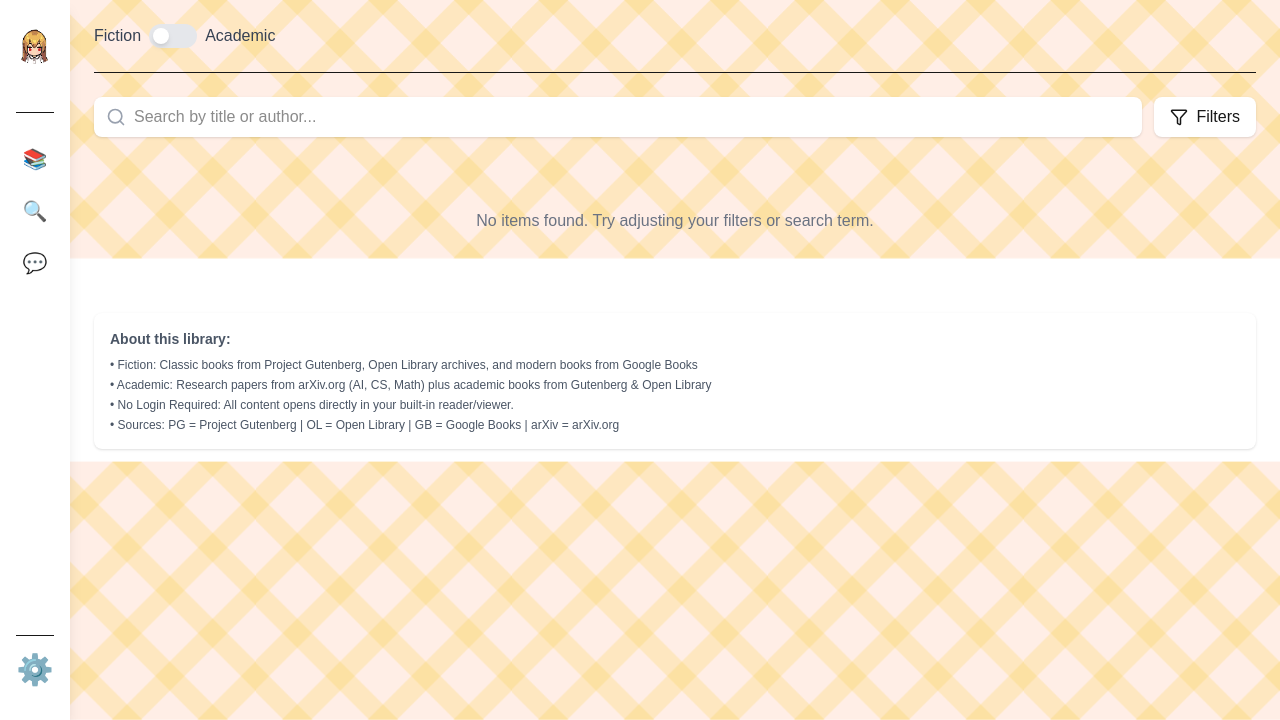
Repository: ramosfranz/bookie
Page: /discover
These files come from the project's save history. The page is drawn as it stood at one moment and after the next save; the edit follows.
The browser window is 1280 px wide. The pictures show the whole page.
The page's requests for data from a server got no answer. Some web fonts or font styles are not loaded; a fallback is used. The project was rebuilt for these pictures with package versions that can differ from the ones it lists, and the page was loaded fresh each time. The framework's server and built-in components were replaced by stand-ins that run in the browser. No one was signed in, and anything a server would have sent is missing. Also part of the build but not shown: next.config.ts.

Above is the page before, as saved 2025-12-06 07:49:19.

### src/app/layout.tsx
import type { Metadata } from "next";
import "./globals.css";
import Head from "next/head";

export const metadata: Metadata = {
  title: "Bookie",
  description: "Bookie",
};

export default function RootLayout({
  children,
}: Readonly<{ children: React.ReactNode }>) {
  return (
    <html lang="en">
      <Head>
        <link rel="preconnect" href="https://fonts.googleapis.com" />
        <link rel="preconnect" href="https://fonts.gstatic.com" crossOrigin="anonymous" />
        <link href="https://fonts.googleapis.com/css2?family=Jersey+25&display=swap" rel="stylesheet" />

      </Head>
      <body className="font-jersey antialiased">{children}</body>
    </html>
  );
}

### src/app/discover/page.tsx
"use client";

import { useState, useMemo, useEffect } from "react";
import { BookOpen, Search, X, Filter, FileText, Plus } from "lucide-react";
import Sidebar from "../components/Sidebar";
import { addBookToLibrary, isBookInLibrary } from "@/lib/supabase/library";
import { supabase } from "@/lib/supabase/client";
import '../styles/background.css';

// --- TYPESCRIPT DECLARATIONS FOR GOOGLE BOOKS API ---
declare global {
  interface Window {
    google?: {
      books: {
        load: () => void;
        setOnLoadCallback: (callback: () => void) => void;
        DefaultViewer: new (element: HTMLElement) => {
          load: (identifier: string) => void;
        };
      };
    };
  }
}

interface Book {
  id: string;
  title: string;
  author?: string;
  cover?: string;
  year?: number;
  type: "leisure" | "research";
  subjects?: string[];
  formats?: { [key: string]: string };
  source: "gutendex" | "openlibrary" | "googlebooks" | "arxiv";
  googleBooksId?: string;
  pdfUrl?: string;
  abstract?: string;
}

const FICTION_GENRES = [
  "All",
  "Adventure",
  "Romance",
  "Mystery",
  "Science Fiction",
  "Fantasy",
  "Horror",
  "Historical Fiction",
  "Thriller",
  "Classic Literature"
];

const ACADEMIC_SUBJECTS = [
  "All",
  "Computer Science",
  "Mathematics",
  "Physics",
  "Engineering",
  "Biology",
  "Chemistry",
  "Psychology",
  "Philosophy",
  "History"
];

export default function DiscoverPage() {
  const dummyUser = { id: "0001", email: "test@example.com", username: "TestUser" };
  const [user] = useState(dummyUser);

  const [activeTab, setActiveTab] = useState<"dashboard" | "discover" | "chat">("discover");
  const [libraryTab, setLibraryTab] = useState<"leisure" | "research">("leisure");

  const [searchQuery, setSearchQuery] = useState("");
  const [books, setBooks] = useState<Book[]>([]);
  const [loading, setLoading] = useState(false);

  const [selectedGenre, setSelectedGenre] = useState<string>("All");
  const [showFilters, setShowFilters] = useState(false);

  const [viewerUrl, setViewerUrl] = useState<string | null>(null);
  const [viewerTitle, setViewerTitle] = useState<string>("");
  const [viewerType, setViewerType] = useState<"iframe" | "google">("iframe");

  const itemsPerPage = 18;
  const [currentPage, setCurrentPage] = useState(1);

  // --- API FETCH LOGIC ---
  useEffect(() => {
    setLoading(true);
    setCurrentPage(1);
    setBooks([]);

    const fetchPromises: Promise<Book[]>[] = [];

    if (libraryTab === "leisure") {
      // Gutendex
      fetchPromises.push(
        fetch(`https://gutendex.com/books?topic=fiction&languages=en`)
          .then((res) => res.json())
          .then((data) => (data.results || []).slice(0, 100).map((book: any) => ({
            id: `gutendex-${book.id}`,
            title: book.title,
            author: book.authors?.[0]?.name,
            cover: book.formats?.["image/jpeg"]?.replace('http:', 'https:'),
            year: book.authors?.[0]?.birth_year,
            type: "leisure" as const,
            subjects: book.subjects || [],
            formats: book.formats,
            source: "gutendex" as const,
          })))
          .catch(() => [])
      );

      // Open Library
      fetchPromises.push(
        fetch(`https://openlibrary.org/search.json?q=subject:fiction&has_fulltext=true&limit=100`)
          .then((res) => res.json())
          .then((data) => (data.docs || []).map((doc: any) => ({
            id: `openlibrary-${doc.key}`,
            title: doc.title,
            author: doc.author_name?.[0],
            cover: doc.cover_i ? `https://covers.openlibrary.org/b/id/${doc.cover_i}-M.jpg` : undefined,
            year: doc.first_publish_year,
            type: "leisure" as const,
            subjects: doc.subject || [],
            formats: { ia: doc.ia?.[0] },
            source: "openlibrary" as const,
          })).filter((book: Book) => book.formats?.ia))
          .catch(() => [])
      );

      // Google Books
      fetchPromises.push(
        fetch(`https://www.googleapis.com/books/v1/volumes?q=fiction&maxResults=40&langRestrict=en&printType=books&filter=partial`)
          .then((res) => res.json())
          .then((data) => (data.items || []).map((item: any) => ({
            id: `googlebooks-${item.id}`,
            title: item.volumeInfo.title,
            author: item.volumeInfo.authors?.[0],
            cover: item.volumeInfo.imageLinks?.thumbnail?.replace('http:', 'https:'),
            year: parseInt(item.volumeInfo.publishedDate?.split("-")[0]) || undefined,
            type: "leisure" as const,
            subjects: item.volumeInfo.categories || [],
            formats: {},
            source: "googlebooks" as const,
            googleBooksId: item.id,
          })).filter((book: Book) => book.googleBooksId))
          .catch((err) => { console.error("Google Books error:", err); return []; })
      );
    } else {
      // Research/Academic sources
      const topics = ["computer", "mathematics", "physics", "science"];
      topics.forEach(topic => {
        fetchPromises.push(
          fetch(`https://gutendex.com/books?topic=${topic}&languages=en`)
            .then((res) => res.json())
            .then((data) => (data.results || []).slice(0, 25).map((book: any) => ({
              id: `gutendex-${book.id}`,
              title: book.title,
              author: book.authors?.[0]?.name,
              cover: book.formats?.["image/jpeg"]?.replace('http:', 'https:'),
              year: book.authors?.[0]?.birth_year,
              type: "research" as const,
              subjects: book.subjects || [],
              formats: book.formats,
              source: "gutendex" as const,
            })))
            .catch(() => [])
        );
      });

      fetchPromises.push(
        fetch(`https://openlibrary.org/search.json?q=subject:(computer+science+OR+mathematics+OR+physics+OR+engineering)&has_fulltext=true&limit=50`)
          .then((res) => res.json())
          .then((data) => (data.docs || []).map((doc: any) => ({
            id: `openlibrary-${doc.key}`,
            title: doc.title,
            author: doc.author_name?.[0],
            cover: doc.cover_i ? `https://covers.openlibrary.org/b/id/${doc.cover_i}-M.jpg` : undefined,
            year: doc.first_publish_year,
            type: "research" as const,
            subjects: doc.subject || [],
            formats: { ia: doc.ia?.[0] },
            source: "openlibrary" as const,
          })).filter((book: Book) => book.formats?.ia))
          .catch(() => [])
      );

      fetchPromises.push(
        fetch(`https://export.arxiv.org/api/query?search_query=cat:cs.*+OR+cat:math.*+OR+cat:astro-ph.*&start=0&max_results=100&sortBy=submittedDate&sortOrder=descending`)
          .then((res) => res.text())
          .then((xmlText) => {
            const parser = new DOMParser();
            const xml = parser.parseFromString(xmlText, "text/xml");
            const entries = xml.querySelectorAll("entry");

            return Array.from(entries).map((entry) => {
              const id = entry.querySelector("id")?.textContent || "";
              const arxivId = id.split("arxiv.org/abs/")[1] || "";
              const title = entry.querySelector("title")?.textContent?.trim().replace(/\s+/g, ' ') || "";
              const authors = Array.from(entry.querySelectorAll("author name")).map((name) => name.textContent);
              const published = entry.querySelector("published")?.textContent || "";
              const year = new Date(published).getFullYear();
              const summary = entry.querySelector("summary")?.textContent?.trim().replace(/\s+/g, ' ') || "";
              const pdfLink = `https://arxiv.org/pdf/${arxivId}.pdf`;
              const categories = Array.from(entry.querySelectorAll("category")).map((cat) => cat.getAttribute("term") || "");

              return {
                id: `arxiv-${arxivId}`,
                title,
                author: authors[0] || "Unknown",
                cover: undefined,
                year,
                type: "research" as const,
                subjects: categories,
                formats: {},
                source: "arxiv" as const,
                pdfUrl: pdfLink,
                abstract: summary.substring(0, 200) + "...",
              };
            }).filter(paper => paper.title && paper.id);
          })
          .catch((err) => { console.error("arXiv error:", err); return []; })
      );
    }

    Promise.all(fetchPromises)
      .then((results) => {
        const allBooks = results.flat();
        const uniqueBooks = allBooks.filter((book, index, self) =>
          index === self.findIndex((b) => b.title.toLowerCase() === book.title.toLowerCase())
        );
        setBooks(uniqueBooks);
      })
      .finally(() => setLoading(false));
  }, [libraryTab]);

  // --- FILTERING AND PAGINATION ---
  const filteredBooks = useMemo(() => {
    return books.filter((book) => {
      const matchesSearch = book.title.toLowerCase().includes(searchQuery.toLowerCase()) ||
                            book.author?.toLowerCase().includes(searchQuery.toLowerCase());
      const matchesGenre = selectedGenre === "All" ||
                           book.subjects?.some((subject) => subject.toLowerCase().includes(selectedGenre.toLowerCase()));
      return matchesSearch && matchesGenre;
    });
  }, [books, searchQuery, selectedGenre]);

  const paginatedBooks = useMemo(() => {
    const start = (currentPage - 1) * itemsPerPage;
    return filteredBooks.slice(start, start + itemsPerPage);
  }, [filteredBooks, currentPage]);

  const totalPages = Math.ceil(filteredBooks.length / itemsPerPage);

  // --- GOOGLE BOOKS VIEWER SCRIPT ---
  useEffect(() => {
    const script = document.createElement('script');
    script.src = 'https://www.google.com/books/jsapi.js';
    script.async = true;
    document.body.appendChild(script);

    return () => { document.body.removeChild(script); };
  }, []);

  useEffect(() => {
    if (viewerType === "google" && viewerUrl) {
      const initializeGoogleViewer = () => {
        if (window.google?.books) {
          window.google.books.load();
          const loadViewer = () => {
            const viewerDiv = document.getElementById('google-viewer-canvas');
            if (viewerDiv) {
              const viewer = new window.google.books.DefaultViewer(viewerDiv);
              viewer.load(viewerUrl);
            }
          };
          window.google.books.setOnLoadCallback(loadViewer);
        }
      };
      const timeoutId = setTimeout(initializeGoogleViewer, 50);
      return () => clearTimeout(timeoutId);
    }
  }, [viewerType, viewerUrl]);

  // --- BOOK READER HANDLER ---
  const openBookReader = (book: Book) => {
    setViewerTitle(book.title);
    setViewerUrl(null);
    if (book.source === "gutendex") {
      const htmlUrl = book.formats?.["text/html"];
      const epubUrl = book.formats?.["application/epub+zip"];
      if (htmlUrl) { setViewerUrl(htmlUrl); setViewerType("iframe"); }
      else if (epubUrl) { setViewerUrl(`https://futurepress.github.io/epubjs-reader/?bookPath=${encodeURIComponent(epubUrl)}`); setViewerType("iframe"); }
    } else if (book.source === "openlibrary") {
      const iaId = book.formats?.ia;
      if (iaId) { setViewerUrl(`https://archive.org/embed/${iaId}`); setViewerType("iframe"); }
    } else if (book.source === "googlebooks") {
      if (book.googleBooksId) { setViewerUrl(book.googleBooksId); setViewerType("google"); }
    } else if (book.source === "arxiv") {
      if (book.pdfUrl) { setViewerUrl(book.pdfUrl); setViewerType("iframe"); }
    }
  };

const addToLibrary = async (book: Book) => {
  const {
    data: { user },
  } = await supabase.auth.getUser();

  if (!user) {
    alert("Please log in first.");
    return;
  }

  // Check if book already exists in library
  const already = await isBookInLibrary(user.id, book.id);
  if (already) {
    alert("This book is already in your library.");
    return;
  }

  // Add book to library
  const added = await addBookToLibrary(user.id, book);

  if (added) {
    alert("Book added to library!");
  }
};


  const getSourceBadge = (source: string) => {
    const badges = {
      gutendex: { label: "PG", color: "bg-green-500" },
      openlibrary: { label: "OL", color: "bg-blue-500" },
      googlebooks: { label: "GB", color: "bg-red-500" },
      arxiv: { label: "arXiv", color: "bg-orange-500" },
    };
    return badges[source as keyof typeof badges] || { label: "??", color: "bg-gray-500" };
  };

  const currentFilters = libraryTab === "leisure" ? FICTION_GENRES : ACADEMIC_SUBJECTS;

  return (
    <div className="min-h-screen flex bookieBgVar1">
      <Sidebar activeTab={activeTab}/>

      <main className="flex-1 p-6">
        {/* Header */}
        <div className="flex items-center justify-between mb-6">
          <div className="flex items-center gap-2">
            <span className="text-gray-700">Fiction</span>
            <label className="relative inline-flex items-center cursor-pointer">
              <input type="checkbox" className="sr-only peer" checked={libraryTab === "research"} onChange={() => { setLibraryTab(libraryTab === "research" ? "leisure" : "research"); setSelectedGenre("All"); }} />
              <div className="w-12 h-6 bg-gray-200 peer-focus:outline-none rounded-full peer peer-checked:bg-purple-600 transition-all"></div>
              <div className={`absolute left-1 top-1 w-4 h-4 bg-white rounded-full shadow-md transition-transform ${libraryTab === "research" ? "translate-x-6" : ""}`}></div>
            </label>
            <span className="text-gray-700">Academic</span>
          </div>
        </div>

        <hr className="my-6" />

        {/* Search and Filters */}
        <div className="flex flex-col md:flex-row gap-3 mb-6">
          <div className="flex items-center bg-white rounded-lg shadow px-3 py-2 flex-1">
            <Search className="w-5 h-5 text-gray-400 mr-2" />
            <input type="text" placeholder="Search by title or author..." value={searchQuery} onChange={(e) => setSearchQuery(e.target.value)} className="flex-1 outline-none" />
          </div>
          <button onClick={() => setShowFilters(!showFilters)} className="flex items-center gap-2 px-4 py-2 bg-white rounded-lg shadow hover:bg-purple-50 transition">
            <Filter size={18} /> <span>Filters</span>
            {selectedGenre !== "All" && <span className="bg-purple-600 text-white text-xs px-2 py-0.5 rounded-full">1</span>}
          </button>
        </div>

        {showFilters && (
          <div className="bg-white rounded-lg shadow p-4 mb-6">
            <h3 className="font-semibold mb-3">{libraryTab === "leisure" ? "Fiction Genres" : "Academic Subjects"}</h3>
            <div className="grid grid-cols-2 md:grid-cols-5 gap-2">
              {currentFilters.map((filter) => (
                <button key={filter} onClick={() => setSelectedGenre(filter)} className={`px-3 py-2 rounded-lg text-sm transition ${selectedGenre === filter ? "bg-purple-600 text-white" : "bg-gray-100 hover:bg-gray-200"}`}>{filter}</button>
              ))}
            </div>
          </div>
        )}

        {loading ? (
          <div className="flex justify-center items-center h-64">
            <div className="text-purple-600 text-lg">Loading from multiple sources...</div>
          </div>
        ) : (
          <>
            <div className="grid grid-cols-2 md:grid-cols-3 lg:grid-cols-4 xl:grid-cols-6 gap-4">
              {paginatedBooks.map((book) => {
                const badge = getSourceBadge(book.source);
                const isResearchPaper = book.source === "arxiv";

                return (
                  <div key={book.id} className="flex flex-col bg-white p-4 rounded-xl shadow hover:shadow-lg transition">
                    <div className="relative">
                      {book.cover ? (
                        <img src={book.cover} alt={book.title} className="w-full h-40 object-cover rounded mb-2" />
                      ) : (
                        <div className="w-full h-40 bg-gradient-to-br from-purple-100 to-indigo-100 rounded mb-2 flex items-center justify-center">
                          {isResearchPaper ? <FileText size={48} className="text-purple-400" /> : <BookOpen size={48} className="text-purple-400" />}
                        </div>
                      )}
                      <span className={`absolute top-1 right-1 text-xs px-2 py-0.5 rounded text-white ${badge.color}`}>{badge.label}</span>
                    </div>
                    <p className="font-semibold text-sm line-clamp-2 mb-1">{book.title}</p>
                    {book.author && <p className="text-xs text-gray-600 mb-1">by {book.author}</p>}
                    {book.abstract && <p className="text-xs text-gray-500 mb-2 line-clamp-2">{book.abstract}</p>}
                    {book.year && <p className="text-xs text-gray-500 mb-2">{book.year}</p>}

                    {/* Read Now / Read Paper */}
                    <button onClick={() => openBookReader(book)} className="mt-auto px-3 py-1.5 bg-purple-600 text-white text-xs rounded hover:bg-purple-700 flex items-center justify-center gap-1 mb-2">
                      {isResearchPaper ? <FileText size={14} /> : <BookOpen size={14} />}
                      {isResearchPaper ? "Read Paper" : "Read Now"}
                    </button>

                    {/* --- NEW: Add to Library --- */}
                    <button onClick={() => addToLibrary(book)} className="px-3 py-1.5 bg-green-500 text-white text-xs rounded hover:bg-green-600 flex items-center justify-center gap-1">
                      <Plus size={14} /> Add to Library
                    </button>
                  </div>
                );
              })}
            </div>

            {paginatedBooks.length === 0 && !loading && <div className="text-center text-gray-500 py-12">No items found. Try adjusting your filters or search term.</div>}

            {/* Pagination */}
            {totalPages > 1 && (
              <div className="flex justify-center gap-2 mt-8">
                <button onClick={() => setCurrentPage(Math.max(1, currentPage - 1))} disabled={currentPage === 1} className="px-4 py-2 rounded-lg bg-white shadow hover:bg-purple-100 disabled:opacity-50 disabled:cursor-not-allowed">Previous</button>
                {Array.from({ length: Math.min(5, totalPages) }, (_, i) => {
                  let pageNum;
                  if (totalPages <= 5) pageNum = i + 1;
                  else if (currentPage <= 3) pageNum = i + 1;
                  else if (currentPage >= totalPages - 2) pageNum = totalPages - 4 + i;
                  else pageNum = currentPage - 2 + i;
                  if (pageNum < 1) return null;
                  return (
                    <button key={pageNum} onClick={() => setCurrentPage(pageNum)} className={`px-3 py-2 rounded-lg ${currentPage === pageNum ? "bg-purple-600 text-white" : "bg-white shadow hover:bg-purple-100"}`}>{pageNum}</button>
                  );
                })}
                <button onClick={() => setCurrentPage(Math.min(totalPages, currentPage + 1))} disabled={currentPage === totalPages} className="px-4 py-2 rounded-lg bg-white shadow hover:bg-purple-100 disabled:opacity-50 disabled:cursor-not-allowed">Next</button>
              </div>
            )}
          </>
        )}

        <div className="mt-8 p-4 bg-white rounded-lg shadow text-sm text-gray-600">
          <p className="font-semibold mb-2">About this library:</p>
          <ul className="space-y-1 text-xs">
            <li>• Fiction: Classic books from Project Gutenberg, Open Library archives, and modern books from Google Books</li>
            <li>• Academic: Research papers from arXiv.org (AI, CS, Math) plus academic books from Gutenberg & Open Library</li>
            <li>• No Login Required: All content opens directly in your built-in reader/viewer.</li>
            <li>• Sources: PG = Project Gutenberg | OL = Open Library | GB = Google Books | arXiv = arXiv.org</li>
          </ul>
        </div>
      </main>

      {viewerUrl && (
        <div className="fixed inset-0 bg-black/80 flex items-center justify-center z-50 p-4">
          <div className="bg-white w-full h-full max-w-7xl max-h-[95vh] rounded-xl relative shadow-2xl flex flex-col">
            <div className="bg-purple-700 text-white px-4 py-3 rounded-t-xl flex items-center justify-between">
              <h3 className="font-semibold truncate">{viewerTitle}</h3>
              <button className="hover:bg-purple-600 rounded-full p-1 transition flex-shrink-0" onClick={() => { setViewerUrl(null); setViewerTitle(""); setViewerType("iframe"); }}>
                <X size={24} />
              </button>
            </div>

            {viewerType === "iframe" ? (
              <iframe src={viewerUrl} className="w-full flex-1 rounded-b-xl" title="Document Viewer" allowFullScreen />
            ) : (
              <div id="google-viewer-canvas" className="w-full flex-1 rounded-b-xl overflow-hidden" />
            )}
          </div>
        </div>
      )}
    </div>
  );
}

### src/app/globals.css
@import url('https://fonts.googleapis.com/css2?family=Jersey+25&display=swap');
@import "tailwindcss";

:root {
  --background: #ffffff;
  --foreground: #171717;
  --font-jersey: 'Jersey 25', sans-serif;
}

@theme inline {
  --color-background: var(--background);
  --color-foreground: var(--foreground);
}

@media (prefers-color-scheme: dark) {
  :root {
    --background: #0a0a0a;
    --foreground: #ededed;
  }
}

body {
  background: var(--background);
  color: var(--foreground);
  font-family: var(--font-jersey);
}

.pixelated {
  image-rendering: pixelated;       /* Modern browsers */
  image-rendering: crisp-edges;     /* Fallback */
  -ms-interpolation-mode: nearest-neighbor; /* IE fallback */
}

### src/app/styles/background.css
.bookieBackground {
  background-image: url("/image/sparkle.gif"), url("/image/bg_try.gif"), url("/image/bookiebg1.png");
  background-size: auto, auto, 20%;   /* multiple background layers */
  background-repeat: auto, auto, space;
}

.pixelated {
  image-rendering: pixelated;       /* Modern browsers */
  image-rendering: crisp-edges;     /* Fallback */
  -ms-interpolation-mode: nearest-neighbor; /* IE fallback */
}

.bookieBgVar1 {
   background-image: url("/image/bookiebg1.png");
  background-size: 20%;   /* multiple background layers */
  background-repeat: space;
}

Loaded but not shown: src/lib/supabase/client.ts (common file); src/app/components/Sidebar.tsx (99 lines, source omitted); src/lib/supabase/library.ts (127 lines, source omitted)

After the next save:
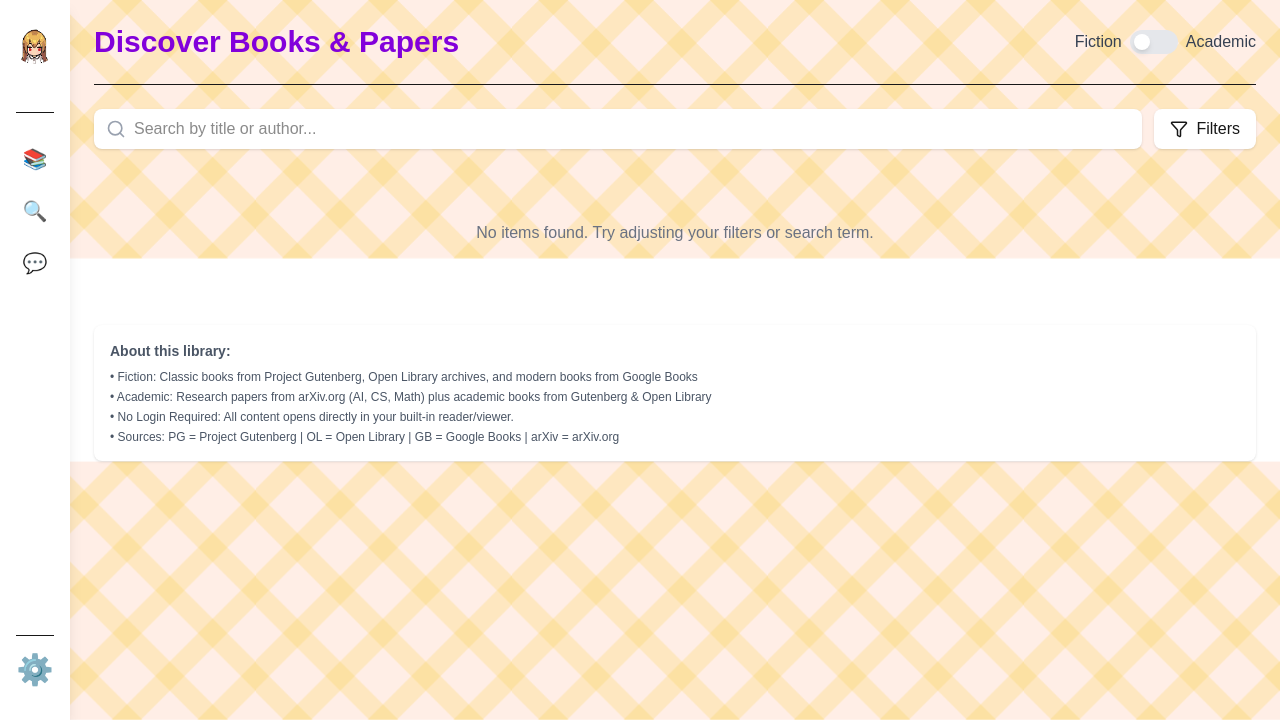
Saved 11 s later.
--- a/src/app/discover/page.tsx
+++ b/src/app/discover/page.tsx
@@ -347,6 +347,9 @@ const addToLibrary = async (book: Book) => {
       <main className="flex-1 p-6">
         {/* Header */}
         <div className="flex items-center justify-between mb-6">
+          <div>
+            <h1 className="text-3xl font-bold text-purple-700">Discover Books & Papers</h1>
+          </div>
           <div className="flex items-center gap-2">
             <span className="text-gray-700">Fiction</span>
             <label className="relative inline-flex items-center cursor-pointer">
